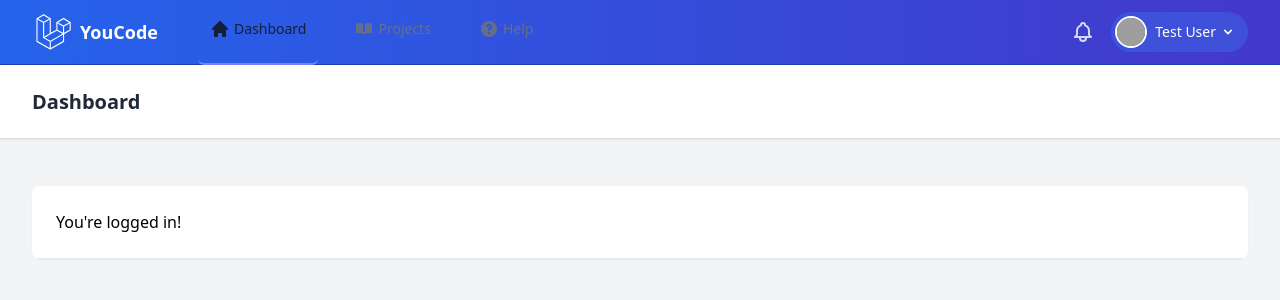
Repository: mohamedm999/Plateforme-de-Tests-d-Acceptation---YouCode-
Page: http://localhost/dashboard
These files come from the project's save history. The page is drawn as it stood at one moment and after a run of saves; the edit follows.
The browser window is 1280 px wide. The pictures show the whole page.
Pictures or frames that could not be fetched are drawn as grey boxes. The page is served by the project's Laravel application, run on PHP 8.4 with Laravel 8. A made-up administrator, Test User (test@example.com), is signed in. Other server files are loaded and not shown.

Above is the page before, as saved 2025-02-26 13:54:52.

### projet-evaluation/routes/web.php
<?php

use Illuminate\Support\Facades\Route;
use App\Http\Controllers\HomeController;

/*
|--------------------------------------------------------------------------
| Web Routes
|--------------------------------------------------------------------------
|
| Here is where you can register web routes for your application. These
| routes are loaded by the RouteServiceProvider within a group which
| contains the "web" middleware group. Now create something great!
|
*/



Route::get('/', [App\Http\Controllers\HomeController::class, 'index'])->middleware(['auth'])->name('home');

Route::get('/dashboard', function () {
    return view('dashboard');
})->middleware(['auth'])->name('dashboard');

require __DIR__.'/auth.php';


Route::get('/debug-auth', function() {
    dd(auth()->check(), auth()->user());
});

### projet-evaluation/app/Models/User.php
<?php

namespace App\Models;

use Illuminate\Contracts\Auth\MustVerifyEmail;
use Illuminate\Database\Eloquent\Factories\HasFactory;
use Illuminate\Foundation\Auth\User as Authenticatable;
use Illuminate\Notifications\Notifiable;
use Laravel\Sanctum\HasApiTokens;

class User extends Authenticatable
{
    use HasApiTokens, HasFactory, Notifiable;

    /**
     * The attributes that are mass assignable.
     *
     * @var array<int, string>
     */
    protected $fillable = [
        'firstname',
        'lastname',
        'email',
        'password',
        'role',
        'is_active'
    ];

    /**
     * The attributes that should be hidden for serialization.
     *
     * @var array<int, string>
     */
    protected $hidden = [
        'password',
        'remember_token',
    ];

    /**
     * The attributes that should be cast.
     *
     * @var array<string, string>
     */
    protected $casts = [
        'email_verified_at' => 'datetime',
    ];
}

### projet-evaluation/resources/views/layouts/app.blade.php
<!DOCTYPE html>
<html lang="{{ str_replace('_', '-', app()->getLocale()) }}">
    <head>
        <meta charset="utf-8">
        <meta name="viewport" content="width=device-width, initial-scale=1">
        <meta name="csrf-token" content="{{ csrf_token() }}">

        <title>{{ config('app.name', 'Laravel') }}</title>

        <!-- Fonts -->
        <link rel="stylesheet" href="https://fonts.googleapis.com/css2?family=Nunito:wght@400;600;700&display=swap">

        <!-- Scripts -->
         <link rel="stylesheet" href="https://cdn.jsdelivr.net/npm/tailwindcss@2.2.19/dist/tailwind.min.css">
    </head>
    <body class="font-sans antialiased">
        <div class="min-h-screen bg-gray-100">
            @include('layouts.navigation')

            <!-- Page Heading -->
            <header class="bg-white shadow">
                <div class="max-w-7xl mx-auto py-6 px-4 sm:px-6 lg:px-8">
                    {{ $header }}
                </div>
            </header>

            <!-- Page Content -->
            <main>
                {{ $slot }}
            </main>
        </div>
    </body>
</html>

### projet-evaluation/resources/views/layouts/navigation.blade.php
<!-- filepath: /c:/github/Plateforme-de-Tests-d-Acceptation---YouCode-/projet-evaluation/resources/views/layouts/navigation.blade.php -->
<nav x-data="{ open: false }" class="bg-gradient-to-r from-blue-600 to-indigo-700 border-b border-blue-800 shadow-md">
    <!-- Primary Navigation Menu -->
    <div class="max-w-7xl mx-auto px-4 sm:px-6 lg:px-8">
        <div class="flex justify-between h-16">
            <div class="flex">
                <!-- Logo -->
                <div class="shrink-0 flex items-center">
                    <a href="{{ route('dashboard') }}" class="flex items-center transition-all duration-300 transform hover:scale-105">
                        <x-application-logo class="block h-10 w-auto fill-current text-white" />
                        <span class="ml-2 text-white font-bold text-lg hidden md:block">YouCode</span>
                    </a>
                </div>

                <!-- Navigation Links -->
                <div class="hidden space-x-6 sm:-my-px sm:ml-10 sm:flex">
                    <x-nav-link :href="route('dashboard')" :active="request()->routeIs('dashboard')" class="text-white opacity-90 hover:opacity-100 font-medium px-3 py-2 rounded-md hover:bg-blue-500 transition-all duration-200">
                        <svg xmlns="http://www.w3.org/2000/svg" class="h-5 w-5 inline-block mr-1" viewBox="0 0 20 20" fill="currentColor">
                            <path d="M10.707 2.293a1 1 0 00-1.414 0l-7 7a1 1 0 001.414 1.414L4 10.414V17a1 1 0 001 1h2a1 1 0 001-1v-2a1 1 0 011-1h2a1 1 0 011 1v2a1 1 0 001 1h2a1 1 0 001-1v-6.586l.293.293a1 1 0 001.414-1.414l-7-7z" />
                        </svg>
                        {{ __('Dashboard') }}
                    </x-nav-link>

                    <!-- Add more navigation links as needed -->
                    <x-nav-link href="#" class="text-white opacity-90 hover:opacity-100 font-medium px-3 py-2 rounded-md hover:bg-blue-500 transition-all duration-200">
                        <svg xmlns="http://www.w3.org/2000/svg" class="h-5 w-5 inline-block mr-1" viewBox="0 0 20 20" fill="currentColor">
                            <path d="M9 4.804A7.968 7.968 0 005.5 4c-1.255 0-2.443.29-3.5.804v10A7.969 7.969 0 015.5 14c1.669 0 3.218.51 4.5 1.385A7.962 7.962 0 0114.5 14c1.255 0 2.443.29 3.5.804v-10A7.968 7.968 0 0014.5 4c-1.255 0-2.443.29-3.5.804V12a1 1 0 11-2 0V4.804z" />
                        </svg>
                        {{ __('Projects') }}
                    </x-nav-link>

                    <x-nav-link href="#" class="text-white opacity-90 hover:opacity-100 font-medium px-3 py-2 rounded-md hover:bg-blue-500 transition-all duration-200">
                        <svg xmlns="http://www.w3.org/2000/svg" class="h-5 w-5 inline-block mr-1" viewBox="0 0 20 20" fill="currentColor">
                            <path fill-rule="evenodd" d="M18 10a8 8 0 11-16 0 8 8 0 0116 0zm-8-3a1 1 0 00-.867.5 1 1 0 11-1.731-1A3 3 0 0113 8a3.001 3.001 0 01-2 2.83V11a1 1 0 11-2 0v-1a1 1 0 011-1 1 1 0 100-2zm0 8a1 1 0 100-2 1 1 0 000 2z" clip-rule="evenodd" />
                        </svg>
                        {{ __('Help') }}
                    </x-nav-link>
                </div>
            </div>

            <!-- Settings Dropdown -->
            <div class="hidden sm:flex sm:items-center sm:ml-6">
                <!-- Notifications -->
                <button class="p-1 rounded-full text-white opacity-80 hover:opacity-100 hover:bg-blue-500 focus:outline-none focus:ring-2 focus:ring-blue-300 transition-all duration-200 mr-3">
                    <span class="sr-only">View notifications</span>
                    <svg class="h-6 w-6" xmlns="http://www.w3.org/2000/svg" fill="none" viewBox="0 0 24 24" stroke="currentColor" aria-hidden="true">
                        <path stroke-linecap="round" stroke-linejoin="round" stroke-width="2" d="M15 17h5l-1.405-1.405A2.032 2.032 0 0118 14.158V11a6.002 6.002 0 00-4-5.659V5a2 2 0 10-4 0v.341C7.67 6.165 6 8.388 6 11v3.159c0 .538-.214 1.055-.595 1.436L4 17h5m6 0v1a3 3 0 11-6 0v-1m6 0H9" />
                    </svg>
                </button>

                <x-dropdown align="right" width="48">
                    <x-slot name="trigger">
                        <button class="flex items-center text-sm font-medium text-white hover:text-blue-100 focus:outline-none transition duration-150 ease-in-out bg-blue-500 bg-opacity-30 rounded-full p-1 pr-3 hover:bg-opacity-50">
                            <img class="h-8 w-8 rounded-full object-cover border-2 border-white mr-2" src="https://ui-avatars.com/api/?name={{ urlencode(Auth::user()->name) }}&color=7F9CF5&background=EBF4FF" alt="{{ Auth::user()->name }}">
                            <div>{{ Auth::user()->name }}</div>

                            <div class="ml-1">
                                <svg class="fill-current h-4 w-4" xmlns="http://www.w3.org/2000/svg" viewBox="0 0 20 20">
                                    <path fill-rule="evenodd" d="M5.293 7.293a1 1 0 011.414 0L10 10.586l3.293-3.293a1 1 0 111.414 1.414l-4 4a1 1 0 01-1.414 0l-4-4a1 1 0 010-1.414z" clip-rule="evenodd" />
                                </svg>
                            </div>
                        </button>
                    </x-slot>

                    <x-slot name="content">
                        <!-- User Profile -->
                        <div class="px-4 py-2 border-b border-gray-100">
                            <p class="text-sm font-medium text-gray-400">Signed in as</p>
                            <p class="text-sm text-gray-800 truncate">{{ Auth::user()->email }}</p>
                        </div>

                        <!-- Profile settings -->
                        <x-dropdown-link href="#" class="flex items-center">
                            <svg xmlns="http://www.w3.org/2000/svg" class="h-5 w-5 mr-2 text-gray-500" viewBox="0 0 20 20" fill="currentColor">
                                <path fill-rule="evenodd" d="M18 10a8 8 0 11-16 0 8 8 0 0116 0zm-6-3a2 2 0 11-4 0 2 2 0 014 0zm-2 4a5 5 0 00-4.546 2.916A5.986 5.986 0 0010 16a5.986 5.986 0 004.546-2.084A5 5 0 0010 11z" clip-rule="evenodd" />
                            </svg>
                            {{ __('Your Profile') }}
                        </x-dropdown-link>

                        <x-dropdown-link href="#" class="flex items-center">
                            <svg xmlns="http://www.w3.org/2000/svg" class="h-5 w-5 mr-2 text-gray-500" viewBox="0 0 20 20" fill="currentColor">
                                <path fill-rule="evenodd" d="M11.49 3.17c-.38-1.56-2.6-1.56-2.98 0a1.532 1.532 0 01-2.286.948c-1.372-.836-2.942.734-2.106 2.106.54.886.061 2.042-.947 2.287-1.561.379-1.561 2.6 0 2.978a1.532 1.532 0 01.947 2.287c-.836 1.372.734 2.942 2.106 2.106a1.532 1.532 0 012.287.947c.379 1.561 2.6 1.561 2.978 0a1.533 1.533 0 012.287-.947c1.372.836 2.942-.734 2.106-2.106a1.533 1.533 0 01.947-2.287c1.561-.379 1.561-2.6 0-2.978a1.532 1.532 0 01-.947-2.287c.836-1.372-.734-2.942-2.106-2.106a1.532 1.532 0 01-2.287-.947zM10 13a3 3 0 100-6 3 3 0 000 6z" clip-rule="evenodd" />
                            </svg>
                            {{ __('Settings') }}
                        </x-dropdown-link>

                        <!-- Authentication -->
                        <form method="POST" action="{{ route('logout') }}">
                            @csrf

                            <x-dropdown-link :href="route('logout')"
                                    onclick="event.preventDefault(); this.closest('form').submit();"
                                    class="flex items-center border-t border-gray-100">
                                <svg xmlns="http://www.w3.org/2000/svg" class="h-5 w-5 mr-2 text-red-500" viewBox="0 0 20 20" fill="currentColor">
                                    <path fill-rule="evenodd" d="M3 3a1 1 0 00-1 1v12a1 1 0 102 0V4a1 1 0 00-1-1zm10.293 9.293a1 1 0 001.414 1.414l3-3a1 1 0 000-1.414l-3-3a1 1 0 10-1.414 1.414L14.586 9H7a1 1 0 100 2h7.586l-1.293 1.293z" clip-rule="evenodd" />
                                </svg>
                                {{ __('Log Out') }}
                            </x-dropdown-link>
                        </form>
                    </x-slot>
                </x-dropdown>
            </div>

            <!-- Hamburger -->
            <div class="-mr-2 flex items-center sm:hidden">
                <button @click="open = ! open" class="inline-flex items-center justify-center p-2 rounded-md text-white hover:text-blue-200 hover:bg-blue-500 focus:outline-none focus:bg-blue-700 focus:text-white transition duration-150 ease-in-out">
                    <svg class="h-6 w-6" stroke="currentColor" fill="none" viewBox="0 0 24 24">
                        <path :class="{'hidden': open, 'inline-flex': ! open }" class="inline-flex" stroke-linecap="round" stroke-linejoin="round" stroke-width="2" d="M4 6h16M4 12h16M4 18h16" />
                        <path :class="{'hidden': ! open, 'inline-flex': open }" class="hidden" stroke-linecap="round" stroke-linejoin="round" stroke-width="2" d="M6 18L18 6M6 6l12 12" />
                    </svg>
                </button>
            </div>
        </div>
    </div>

    <!-- Responsive Navigation Menu -->
    <div :class="{'block': open, 'hidden': ! open}" class="hidden sm:hidden bg-gray-800 bg-opacity-90">
        <div class="pt-2 pb-3 space-y-1">
            <x-responsive-nav-link :href="route('dashboard')" :active="request()->routeIs('dashboard')" class="text-white hover:bg-blue-600 block px-3 py-2 rounded-md font-medium">
                <svg xmlns="http://www.w3.org/2000/svg" class="h-5 w-5 inline-block mr-1" viewBox="0 0 20 20" fill="currentColor">
                    <path d="M10.707 2.293a1 1 0 00-1.414 0l-7 7a1 1 0 001.414 1.414L4 10.414V17a1 1 0 001 1h2a1 1 0 001-1v-2a1 1 0 011-1h2a1 1 0 011 1v2a1 1 0 001 1h2a1 1 0 001-1v-6.586l.293.293a1 1 0 001.414-1.414l-7-7z" />
                </svg>
                {{ __('Dashboard') }}
            </x-responsive-nav-link>

            <!-- Add more responsive navigation links -->
            <x-responsive-nav-link href="#" class="text-white hover:bg-blue-600 block px-3 py-2 rounded-md font-medium">
                <svg xmlns="http://www.w3.org/2000/svg" class="h-5 w-5 inline-block mr-1" viewBox="0 0 20 20" fill="currentColor">
                    <path d="M9 4.804A7.968 7.968 0 005.5 4c-1.255 0-2.443.29-3.5.804v10A7.969 7.969 0 015.5 14c1.669 0 3.218.51 4.5 1.385A7.962 7.962 0 0114.5 14c1.255 0 2.443.29 3.5.804v-10A7.968 7.968 0 0014.5 4c-1.255 0-2.443.29-3.5.804V12a1 1 0 11-2 0V4.804z" />
                </svg>
                {{ __('Projects') }}
            </x-responsive-nav-link>

            <x-responsive-nav-link href="#" class="text-white hover:bg-blue-600 block px-3 py-2 rounded-md font-medium">
                <svg xmlns="http://www.w3.org/2000/svg" class="h-5 w-5 inline-block mr-1" viewBox="0 0 20 20" fill="currentColor">
                    <path fill-rule="evenodd" d="M18 10a8 8 0 11-16 0 8 8 0 0116 0zm-8-3a1 1 0 00-.867.5 1 1 0 11-1.731-1A3 3 0 0113 8a3.001 3.001 0 01-2 2.83V11a1 1 0 11-2 0v-1a1 1 0 011-1 1 1 0 100-2zm0 8a1 1 0 100-2 1 1 0 000 2z" clip-rule="evenodd" />
                </svg>
                {{ __('Help') }}
            </x-responsive-nav-link>
        </div>

        <!-- Responsive Settings Options -->
        <div class="pt-4 pb-3 border-t border-blue-700">
            <div class="flex items-center px-4">
                <div class="flex-shrink-0">
                    <img class="h-10 w-10 rounded-full object-cover border-2 border-blue-300" src="https://ui-avatars.com/api/?name={{ urlencode(Auth::user()->name) }}&color=7F9CF5&background=EBF4FF" alt="{{ Auth::user()->name }}">
                </div>
                <div class="ml-3">
                    <div class="font-medium text-base text-white">{{ Auth::user()->name }}</div>
                    <div class="font-medium text-sm text-blue-200">{{ Auth::user()->email }}</div>
                </div>
            </div>

            <div class="mt-3 space-y-1">
                <!-- Additional mobile menu links -->
                <x-responsive-nav-link href="#" class="text-white hover:bg-blue-600 block px-3 py-2 rounded-md font-medium">
                    <svg xmlns="http://www.w3.org/2000/svg" class="h-5 w-5 inline-block mr-1" viewBox="0 0 20 20" fill="currentColor">
                        <path fill-rule="evenodd" d="M18 10a8 8 0 11-16 0 8 8 0 0116 0zm-6-3a2 2 0 11-4 0 2 2 0 014 0zm-2 4a5 5 0 00-4.546 2.916A5.986 5.986 0 0010 16a5.986 5.986 0 004.546-2.084A5 5 0 0010 11z" clip-rule="evenodd" />
                    </svg>
                    {{ __('Your Profile') }}
                </x-responsive-nav-link>

                <x-responsive-nav-link href="#" class="text-white hover:bg-blue-600 block px-3 py-2 rounded-md font-medium">
                    <svg xmlns="http://www.w3.org/2000/svg" class="h-5 w-5 inline-block mr-1" viewBox="0 0 20 20" fill="currentColor">
                        <path fill-rule="evenodd" d="M11.49 3.17c-.38-1.56-2.6-1.56-2.98 0a1.532 1.532 0 01-2.286.948c-1.372-.836-2.942.734-2.106 2.106.54.886.061 2.042-.947 2.287-1.561.379-1.561 2.6 0 2.978a1.532 1.532 0 01.947 2.287c-.836 1.372.734 2.942 2.106 2.106a1.532 1.532 0 012.287.947c.379 1.561 2.6 1.561 2.978 0a1.533 1.533 0 012.287-.947c1.372.836 2.942-.734 2.106-2.106a1.533 1.533 0 01.947-2.287c1.561-.379 1.561-2.6 0-2.978a1.532 1.532 0 01-.947-2.287c.836-1.372-.734-2.942-2.106-2.106a1.532 1.532 0 01-2.287-.947zM10 13a3 3 0 100-6 3 3 0 000 6z" clip-rule="evenodd" />
                    </svg>
                    {{ __('Settings') }}
                </x-responsive-nav-link>

                <!-- Authentication -->
                <form method="POST" action="{{ route('logout') }}">
                    @csrf

                    <x-responsive-nav-link :href="route('logout')"
                            onclick="event.preventDefault();
                                        this.closest('form').submit();"
                            class="text-white hover:bg-red-600 block px-3 py-2 rounded-md font-medium">
                        <svg xmlns="http://www.w3.org/2000/svg" class="h-5 w-5 inline-block mr-1" viewBox="0 0 20 20" fill="currentColor">
                            <path fill-rule="evenodd" d="M3 3a1 1 0 00-1 1v12a1 1 0 102 0V4a1 1 0 00-1-1zm10.293 9.293a1 1 0 001.414 1.414l3-3a1 1 0 000-1.414l-3-3a1 1 0 10-1.414 1.414L14.586 9H7a1 1 0 100 2h7.586l-1.293 1.293z" clip-rule="evenodd" />
                        </svg>
                        {{ __('Log Out') }}
                    </x-responsive-nav-link>
                </form>
            </div>
        </div>
    </div>
</nav>

Loaded but not shown: projet-evaluation/routes/auth.php (common file); projet-evaluation/resources/views/dashboard.blade.php (common file); projet-evaluation/app/View/Components/AppLayout.php (common file); projet-evaluation/resources/views/components/application-logo.blade.php (common file); projet-evaluation/resources/views/components/nav-link.blade.php (common file); projet-evaluation/resources/views/components/dropdown-link.blade.php (common file); projet-evaluation/resources/views/components/dropdown.blade.php (common file); projet-evaluation/resources/views/components/responsive-nav-link.blade.php (common file)

After the next 2 saves:
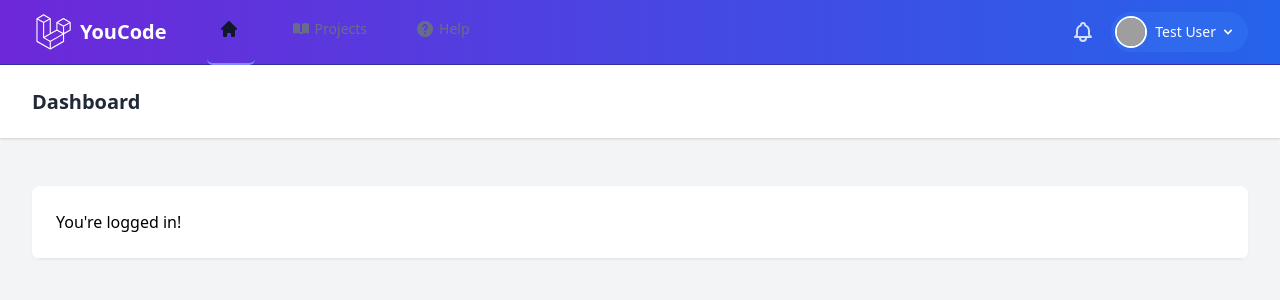
The 2 saves are shown as one change because they came seconds apart.
The last was saved 36 s later.
--- a/projet-evaluation/resources/views/layouts/navigation.blade.php
+++ b/projet-evaluation/resources/views/layouts/navigation.blade.php
@@ -1,5 +1,4 @@
-<!-- filepath: /c:/github/Plateforme-de-Tests-d-Acceptation---YouCode-/projet-evaluation/resources/views/layouts/navigation.blade.php -->
-<nav x-data="{ open: false }" class="bg-gradient-to-r from-blue-600 to-indigo-700 border-b border-blue-800 shadow-md">
+<nav x-data="{ open: false }" class="bg-gradient-to-r from-purple-700 to-blue-600 border-b border-indigo-800 shadow-lg">
     <!-- Primary Navigation Menu -->
     <div class="max-w-7xl mx-auto px-4 sm:px-6 lg:px-8">
         <div class="flex justify-between h-16">
@@ -8,13 +7,14 @@
                 <div class="shrink-0 flex items-center">
                     <a href="{{ route('dashboard') }}" class="flex items-center transition-all duration-300 transform hover:scale-105">
                         <x-application-logo class="block h-10 w-auto fill-current text-white" />
-                        <span class="ml-2 text-white font-bold text-lg hidden md:block">YouCode</span>
+                        <span class="ml-2 text-white font-bold text-xl hidden md:block">YouCode</span>
                     </a>
                 </div>
 
                 <!-- Navigation Links -->
                 <div class="hidden space-x-6 sm:-my-px sm:ml-10 sm:flex">
-                    <x-nav-link :href="route('dashboard')" :active="request()->routeIs('dashboard')" class="text-white opacity-90 hover:opacity-100 font-medium px-3 py-2 rounded-md hover:bg-blue-500 transition-all duration-200">
+                    <x-nav-link :href="route('dashboard')" :active="request()->routeIs('dashboard')" class="text-white hover:text-indigo-100 font-medium px-3 py-2 rounded-md hover:bg-indigo-600 transition-all duration-200">
+                        <svg xmlns="http://www.w3.org/2000/svg" class="h-5 w-5 inline-block mr-1" viewBox="0 0 20 20" fill="currentColor">
                         <svg xmlns="http://www.w3.org/2000/svg" class="h-5 w-5 inline-block mr-1" viewBox="0 0 20 20" fill="currentColor">
                             <path d="M10.707 2.293a1 1 0 00-1.414 0l-7 7a1 1 0 001.414 1.414L4 10.414V17a1 1 0 001 1h2a1 1 0 001-1v-2a1 1 0 011-1h2a1 1 0 011 1v2a1 1 0 001 1h2a1 1 0 001-1v-6.586l.293.293a1 1 0 001.414-1.414l-7-7z" />
                         </svg>
